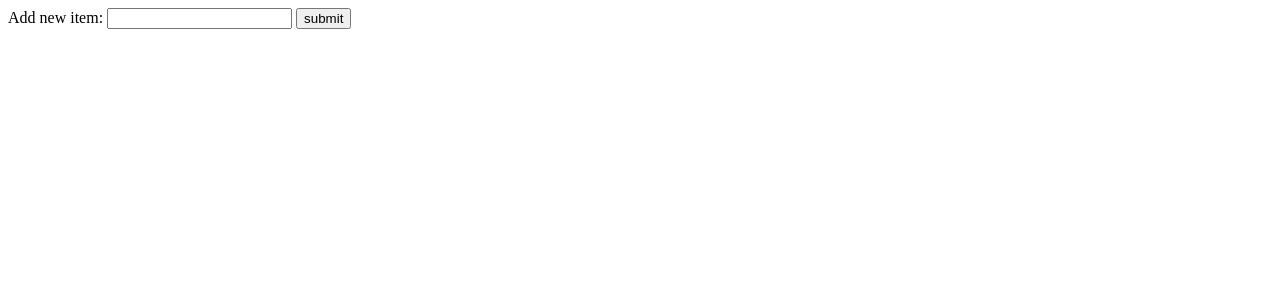
Repository: ddwysg1/JSP-Servlets-and-JDBC-for-beginners
Page: http://localhost/jspdemo/todo_demo.jsp
The author's editor kept a copy of each file at every save. The page is drawn from the files as they stood at one save, then again after the next save.
The browser window is 1280 px wide. The pictures show the whole page.
The page is served by Tomcat 9.

Above is the page before, as saved 2018-07-17 02:58:13.

After the next save:
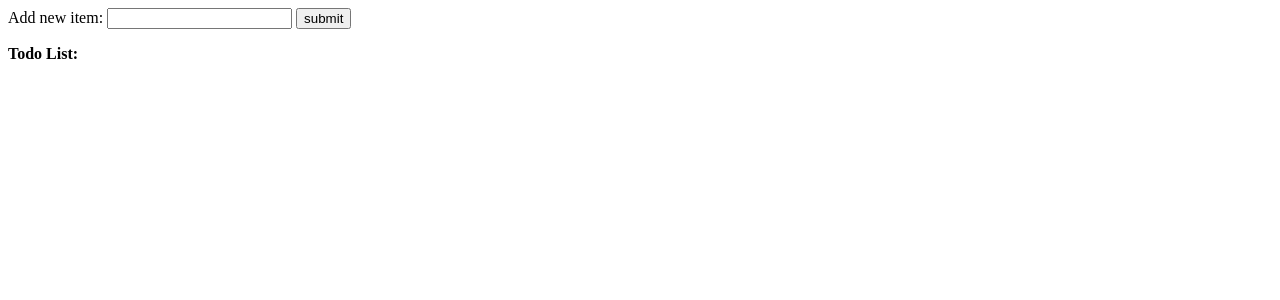
Saved 2 min 32 s later.
--- a/connection_test/jspdemo/WebContent/todo_demo.jsp
+++ b/connection_test/jspdemo/WebContent/todo_demo.jsp
@@ -16,8 +16,15 @@ Add new item:
 	if (item != null) {
 		items.add(item);
 	}
-
 %>
+<b> Todo List: </b>
+<ol>
+<%
+	for(String i : items) {
+		out.println("<li>" + i + "</li>");
+	}
+%>
+</ol>
 
 </body>
 </html>
